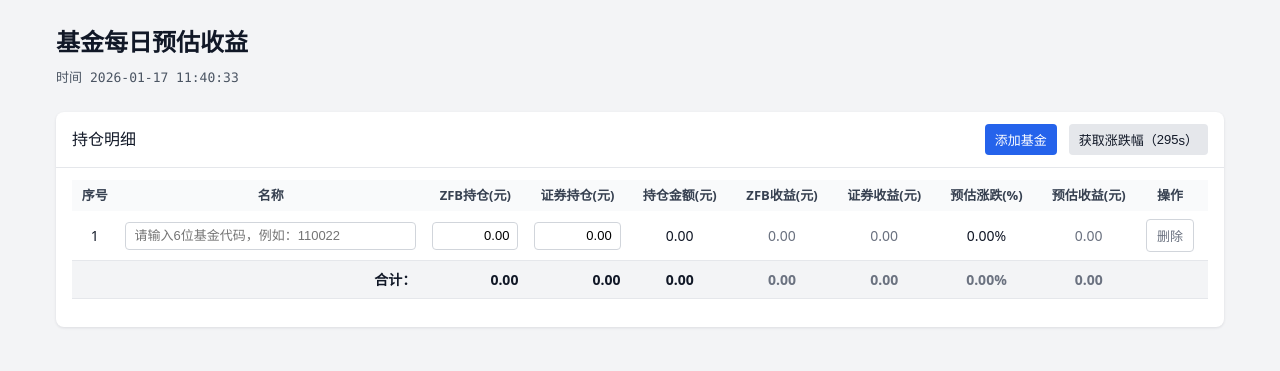
Repository: zt-boom/finance
Page: index.html
The author's editor kept a copy of each file at every save. The page is drawn from the files as they stood at one save, then again after the next save.
The browser window is 1280 px wide. The pictures show the whole page.

Above is the page before, as saved 2026-01-17 19:50:46.

After the next save:
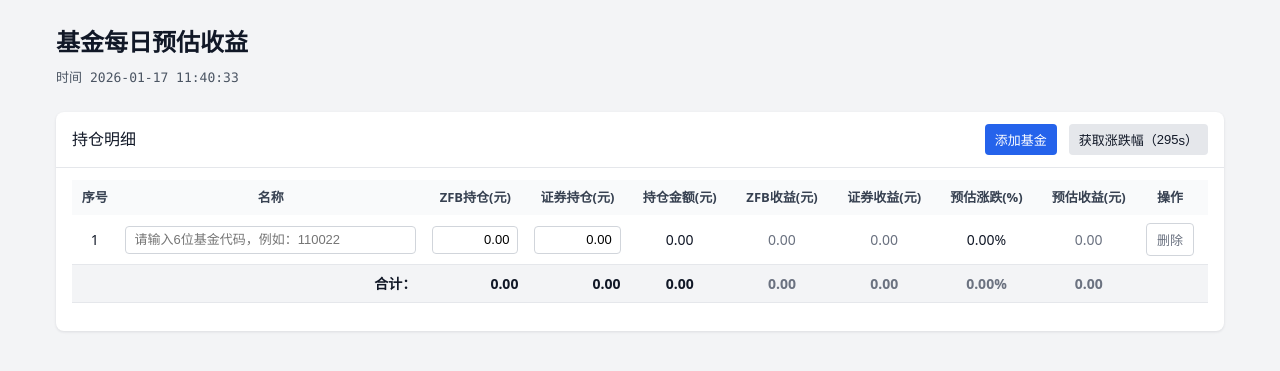
Saved 115 s later.
--- a/style.css
+++ b/style.css
@@ -123,7 +123,7 @@ background-color: #f9fafb;
  font-weight: 600;
  color: #374151;
  text-align: center;
- padding: 6px 8px;
+ padding: 8px 8px;
  font-size: 13px;
 }
 
